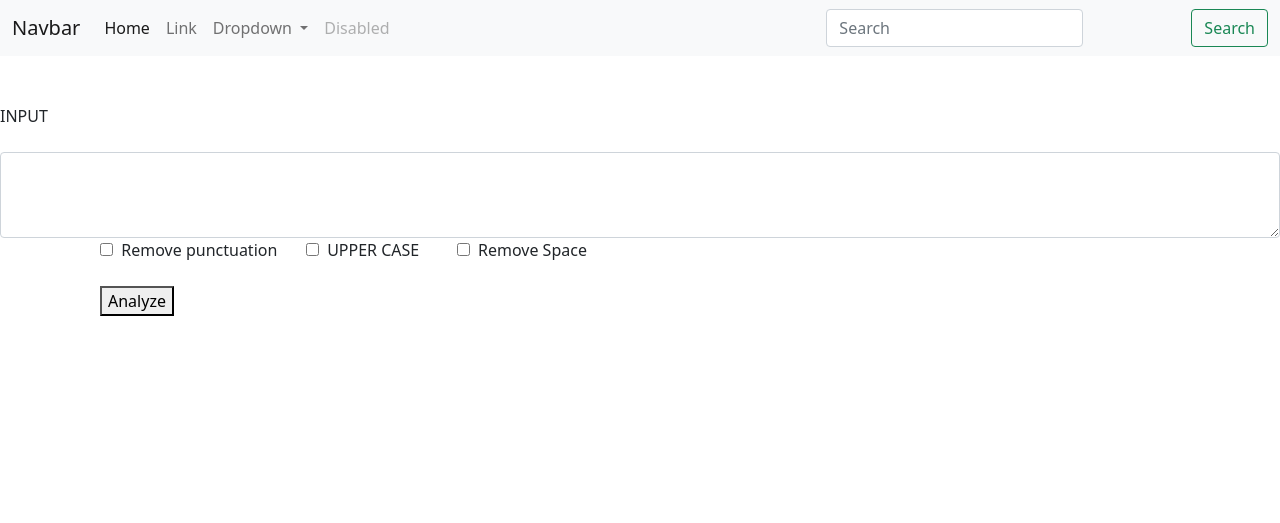
Repository: thenameisshreyank/Textutility
Page: http://localhost/
An editor plug-in stored every save of this project. The page is shown before and after the next save, followed by the edit.
The browser window is 1280 px wide. The pictures show the whole page.
The page is served by the project's application, run on Django 4.2 (manage.py). Other server files are loaded and not shown.

Above is the page before, as saved 2022-04-15 09:05:38.

### templates/index.html
<!DOCTYPE html>
<html lang="en">
<head>
    <meta charset="UTF-8">
    <meta http-equiv="X-UA-Compatible" content="IE=edge">
    <meta name="viewport" content="width=device-width, initial-scale=1.0">
    <!-- CSS only -->
<link href="https://cdn.jsdelivr.net/npm/bootstrap@5.1.3/dist/css/bootstrap.min.css" rel="stylesheet" integrity="sha384-1BmE4kWBq78iYhFldvKuhfTAU6auU8tT94WrHftjDbrCEXSU1oBoqyl2QvZ6jIW3" crossorigin="anonymous">
    <title>Document</title>
    <style>
      #text{
        margin-left: 100px;
        width: 80%;
        margin-right:100px;
      }
      #rf{
        margin-left: 100px;


      }
      button{
        margin-left: 100px;
      }

    </style>
</head>
<body>
    <nav class="navbar navbar-expand-lg navbar-light bg-light">
        <div class="container-fluid">
          <a class="navbar-brand" href="https://getbootstrap.com/">Navbar</a>
          <button class="navbar-toggler" type="button" data-bs-toggle="collapse" data-bs-target="#navbarSupportedContent" aria-controls="navbarSupportedContent" aria-expanded="false" aria-label="Toggle navigation">
            <span class="navbar-toggler-icon"></span>
          </button>
          <div class="collapse navbar-collapse" id="navbarSupportedContent">
            <ul class="navbar-nav me-auto mb-2 mb-lg-0">
              <li class="nav-item">
                <a class="nav-link active" aria-current="page" href="#">Home</a>
              </li>
              <li class="nav-item">
                <a class="nav-link" href="#">Link</a>
              </li>
              <li class="nav-item dropdown">
                <a class="nav-link dropdown-toggle" href="#" id="navbarDropdown" role="button" data-bs-toggle="dropdown" aria-expanded="false">
                  Dropdown
                </a>
                <ul class="dropdown-menu" aria-labelledby="navbarDropdown">
                  <li><a class="dropdown-item" href="#">Action</a></li>
                  <li><a class="dropdown-item" href="#">Another action</a></li>
                  <li><hr class="dropdown-divider"></li>
                  <li><a class="dropdown-item" href="#">Something else here</a></li>
                </ul>
              </li>
              <li class="nav-item">
                <a class="nav-link disabled">Disabled</a>
              </li>
            </ul>
            <form class="d-flex">
              <input class="form-control me-2" type="search" placeholder="Search" aria-label="Search">
              <button class="btn btn-outline-success" type="submit">Search</button>
            </form>
          </div>
        </div>
      </nav><br><br>
      <form action="analyze" method="get">
        <div class="form-group">
          <label for="exampleFormControlTextarea1">INPUT</label><br><br>
          <textarea class="form-control" id="textarea" rows="3"></textarea>
        </div>
        <input type="checkbox" id="rf" name="rf" value="true">&nbsp;&nbsp;Remove punctuation&nbsp;&nbsp;&emsp;
        <input type="checkbox" id="upper" name="upper" value="true">&nbsp;&nbsp;UPPER CASE&nbsp;&nbsp;&nbsp;&nbsp;&nbsp;&nbsp;&nbsp;&nbsp;
        <input type="checkbox" id="space" name="space" value="true">&nbsp;&nbsp;Remove Space&nbsp;&nbsp;
        <br><br><button type="submit" id="analyze">Analyze</button>
      </form>
</body>
</html>

### c1/views.py

from django.http import HttpResponse
from django.shortcuts import render

from django.http import HttpResponse
# Create your views here.

def nav(request):
    return render(request,"index.html")

def analyze(request):
    rawtext=request.GET.get('text')
    pun=request.GET.get('rf')
    uc=request.GET.get('upper')
    space=request.GET.get('space')
    answer=""
    ans1=""
    if pun=='true':
        punctuation='''!@#$%^&*()_;+<>?/~`'''
        for x in rawtext:
            if x not in punctuation:
             answer=answer+x
    else:
        answer=rawtext
    if uc=="true":
        # for ch in rawtext:
        answer=answer.upper()

    if space=="true":
        for ch in answer:
            if ch==" ":
                pass
            else:
                ans1=ans1+ch
        answer=ans1
    return render(request,'analyze.html',{'ans':answer})

### c/urls.py
"""c URL Configuration

The `urlpatterns` list routes URLs to views. For more information please see:
    https://docs.djangoproject.com/en/4.0/topics/http/urls/
Examples:
Function views
    1. Add an import:  from my_app import views
    2. Add a URL to urlpatterns:  path('', views.home, name='home')
Class-based views
    1. Add an import:  from other_app.views import Home
    2. Add a URL to urlpatterns:  path('', Home.as_view(), name='home')
Including another URLconf
    1. Import the include() function: from django.urls import include, path
    2. Add a URL to urlpatterns:  path('blog/', include('blog.urls'))
"""

from django.contrib import admin
from django.urls import include, path

urlpatterns = [
    path('admin/', admin.site.urls),
    path('',include('c1.urls')),
]

### c1/urls.py




from . import views
from django.urls import path


urlpatterns=[
    path('',views.nav),
    path('analyze/',views.analyze),
]

After the next save:
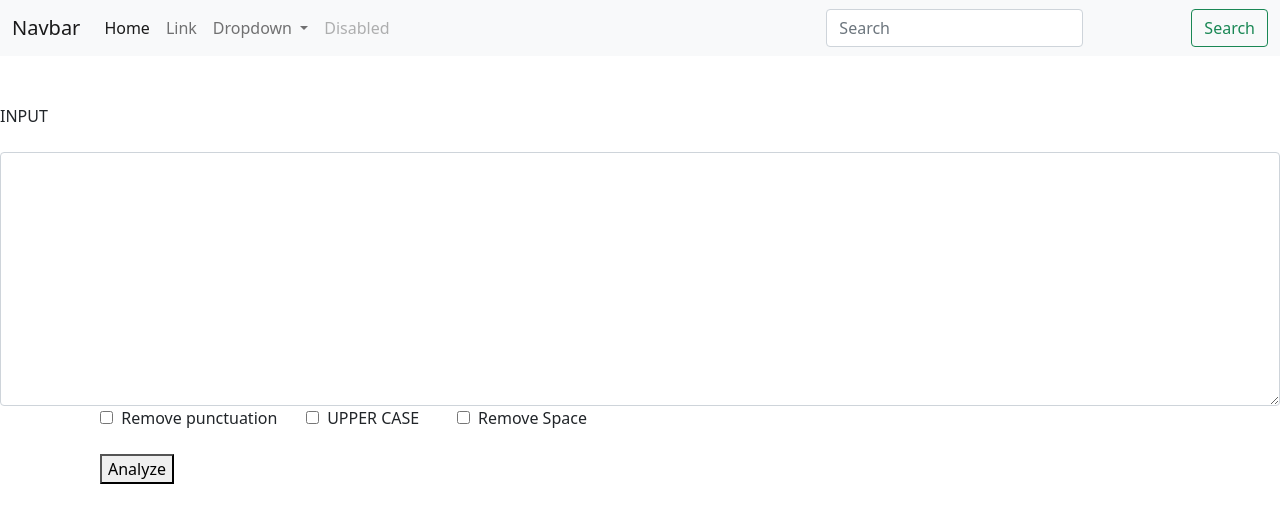
Saved 11 s later.
--- a/templates/index.html
+++ b/templates/index.html
@@ -64,7 +64,7 @@
       <form action="analyze" method="get">
         <div class="form-group">
           <label for="exampleFormControlTextarea1">INPUT</label><br><br>
-          <textarea class="form-control" id="textarea" rows="3"></textarea>
+          <textarea class="form-control" id="textarea" rows="10"></textarea>
         </div>
         <input type="checkbox" id="rf" name="rf" value="true">&nbsp;&nbsp;Remove punctuation&nbsp;&nbsp;&emsp;
         <input type="checkbox" id="upper" name="upper" value="true">&nbsp;&nbsp;UPPER CASE&nbsp;&nbsp;&nbsp;&nbsp;&nbsp;&nbsp;&nbsp;&nbsp;
